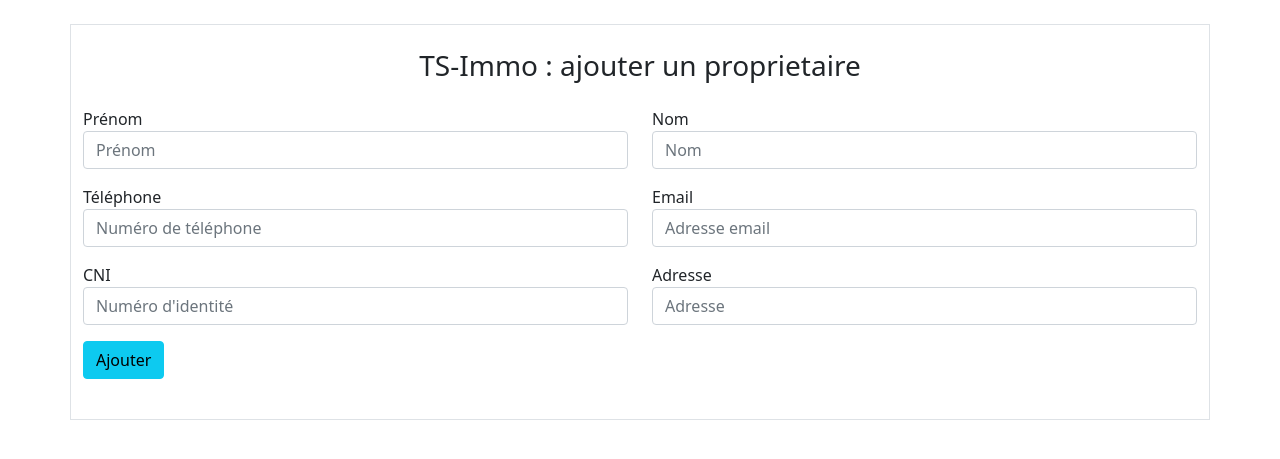
Repository: saliou-t/TS-IMMO
Page: http://localhost/src/views/proprietaire/new.html.php
An editor plug-in stored every save of this project. The page is shown before and after the next save, followed by the edit.
The browser window is 1280 px wide. The pictures show the whole page.
The page is run by PHP 8.4 with error messages shown; the project is at /var/www/html/.

Above is the page before, as saved 2022-04-03 14:44:28.

### src/views/proprietaire/new.html.php
<!DOCTYPE html>
<html lang="en">
<head>
    <meta charset="UTF-8">
    <meta http-equiv="X-UA-Compatible" content="IE=edge">
    <meta name="viewport" content="width=device-width, initial-scale=1.0">
    <link href="https://cdn.jsdelivr.net/npm/bootstrap@5.1.3/dist/css/bootstrap.min.css" rel="stylesheet" integrity="sha384-1BmE4kWBq78iYhFldvKuhfTAU6auU8tT94WrHftjDbrCEXSU1oBoqyl2QvZ6jIW3" crossorigin="anonymous">
    <title>Ajouter Proprietaire</title>

</head>
<body>

<div class="container jumbotron">
    <div class="row border py-4 my-4">
        <h3 class="text-center ">TS-Immo : ajouter un proprietaire</h3>
        <form action="" methode="POST">
            <div class="row my-3">
                <div class="col">
                    <label for="Prénom">Prénom</label>
                    <input class="form-control" name ="prenom" type="text" placeholder="Prénom">
                </div>
                <div class="col">
                    <label for="nom">Nom</label>
                    <input class="form-control" name="nom" type="text" placeholder="Nom">
                </div>
            </div>
            <div class="row my-3">
                <div class="col">
                    <label for="telephone">Téléphone</label>
                    <input class="form-control" name="telephone" type="text" placeholder="Numéro de téléphone">
                </div>
                <div class="col">
                    <label for="email">Email</label>
                    <input class="form-control" name="email" type="text" placeholder="Adresse email">
                </div>
            </div>
            <div class="row">
                <div class="col">
                    <label for="cni">CNI</label>
                    <input class="form-control" name="CNI" type="text" placeholder="Numéro d'identité">
                </div>
                <div class="col">
                    <label for="adresse">Adresse</label>
                    <input class="form-control" name="adresse" type="text" placeholder="Adresse">
                </div>
            </div>
            <div class="row my-3">
                <div class="col ">
                    <div class="btn btn-info mx-auto">Ajouter</div>
                </div>
            </div>
        </form>
    </div>
</div>
</body>
</html>

After the next save:
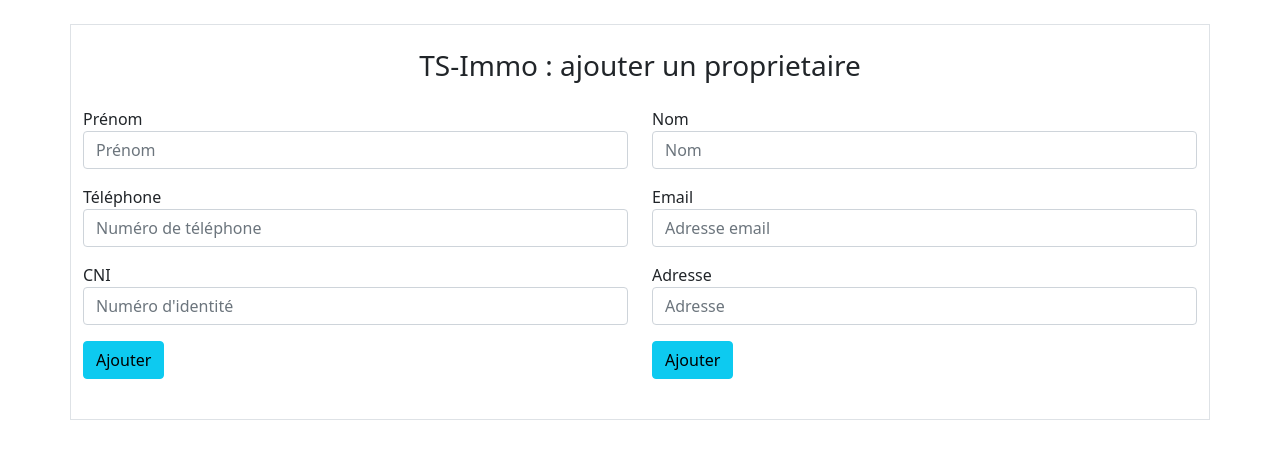
Saved 13 s later.
--- a/src/views/proprietaire/new.html.php
+++ b/src/views/proprietaire/new.html.php
@@ -48,6 +48,10 @@
                 <div class="col ">
                     <div class="btn btn-info mx-auto">Ajouter</div>
                 </div>
+                <div class="col ">
+                    <div class="btn btn-info mx-auto">Ajouter</div>
+                </div>
+
             </div>
         </form>
     </div>
